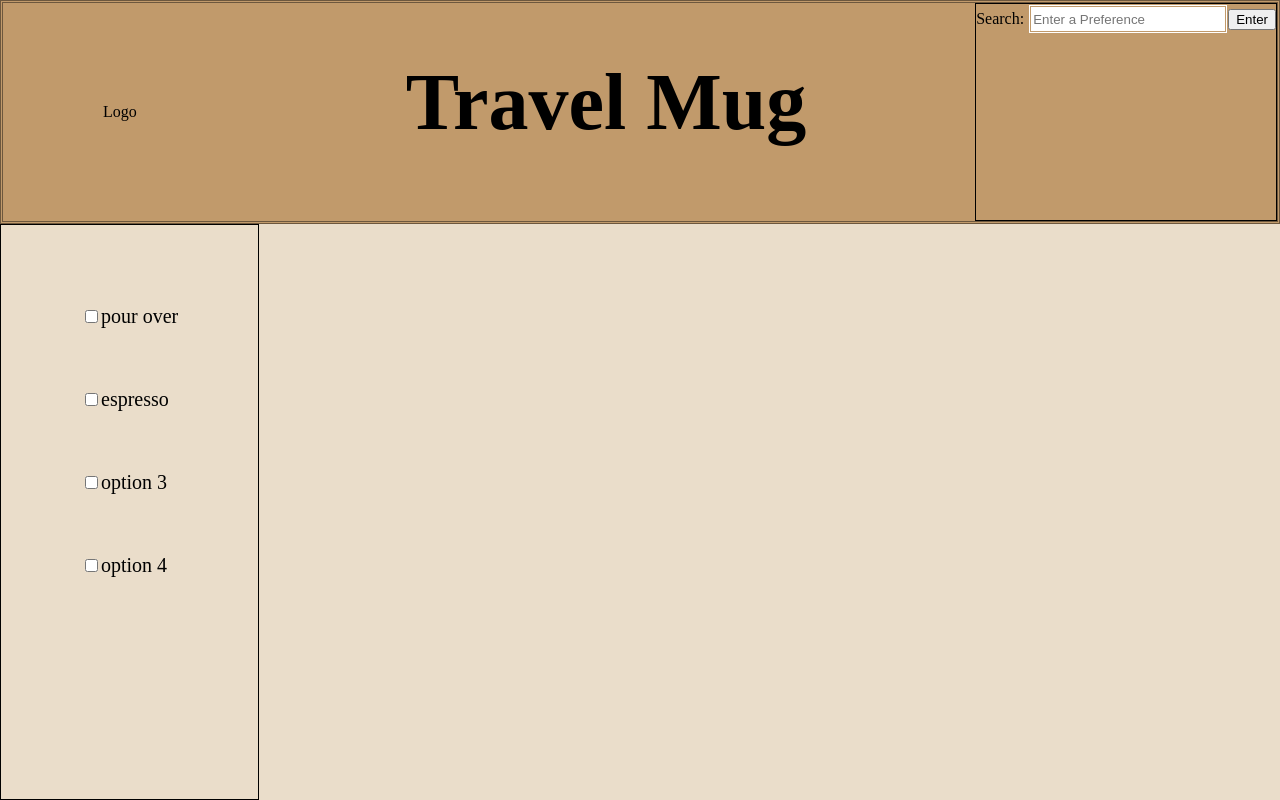
Repository: joshliu14/Travel-Mug
Page: /
The author's editor kept a copy of each file at every save. The page is drawn from the files as they stood at one save, then again after the next save.
The browser window is 1280 px wide. The pictures show the whole page.
The project was rebuilt for these pictures with package versions that can differ from the ones it lists, and the page was loaded fresh each time.

Above is the page before, as saved 2024-01-03 02:36:55.

After the next save:
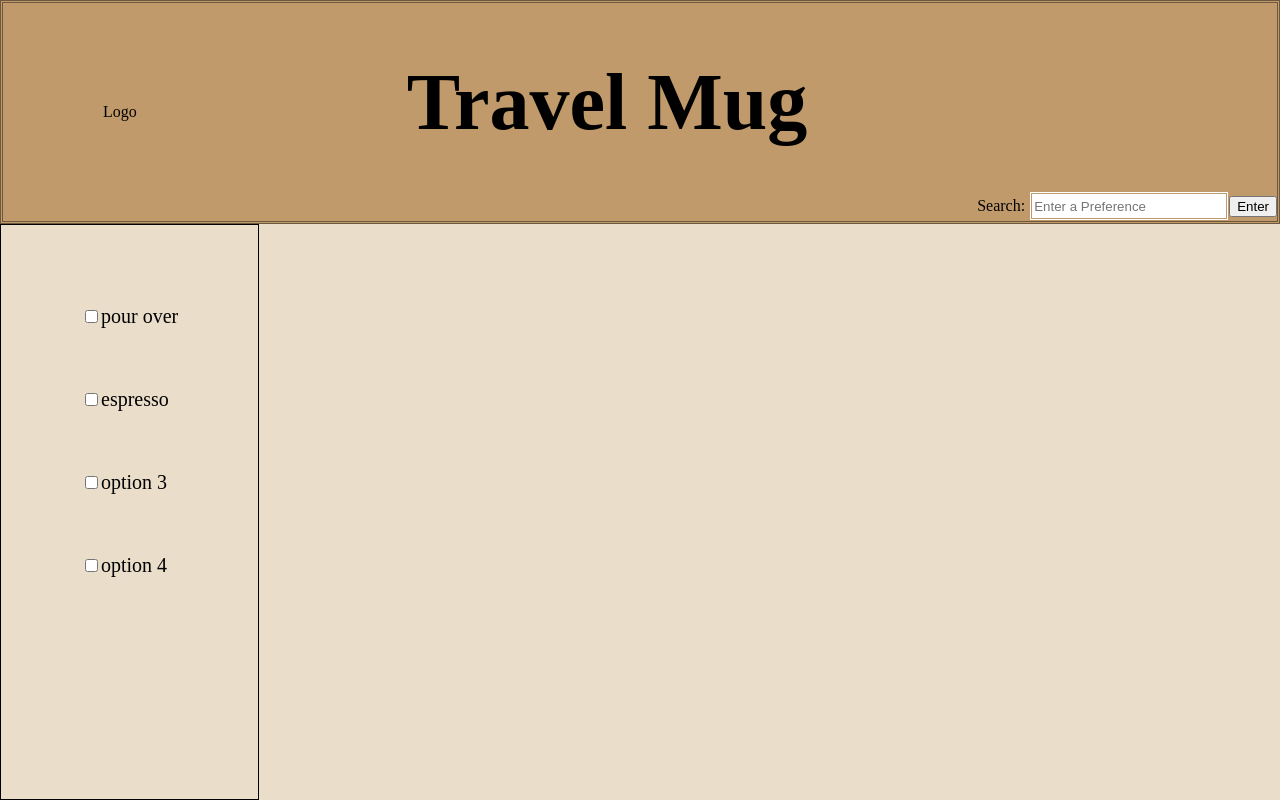
Saved 7 s later.
--- a/src/Home.css
+++ b/src/Home.css
@@ -43,7 +43,7 @@
 }
 
 .search-container {
-  border: 1px solid black;
+  align-self: flex-end;
 }
 .search-bar {
   width: 200px;
